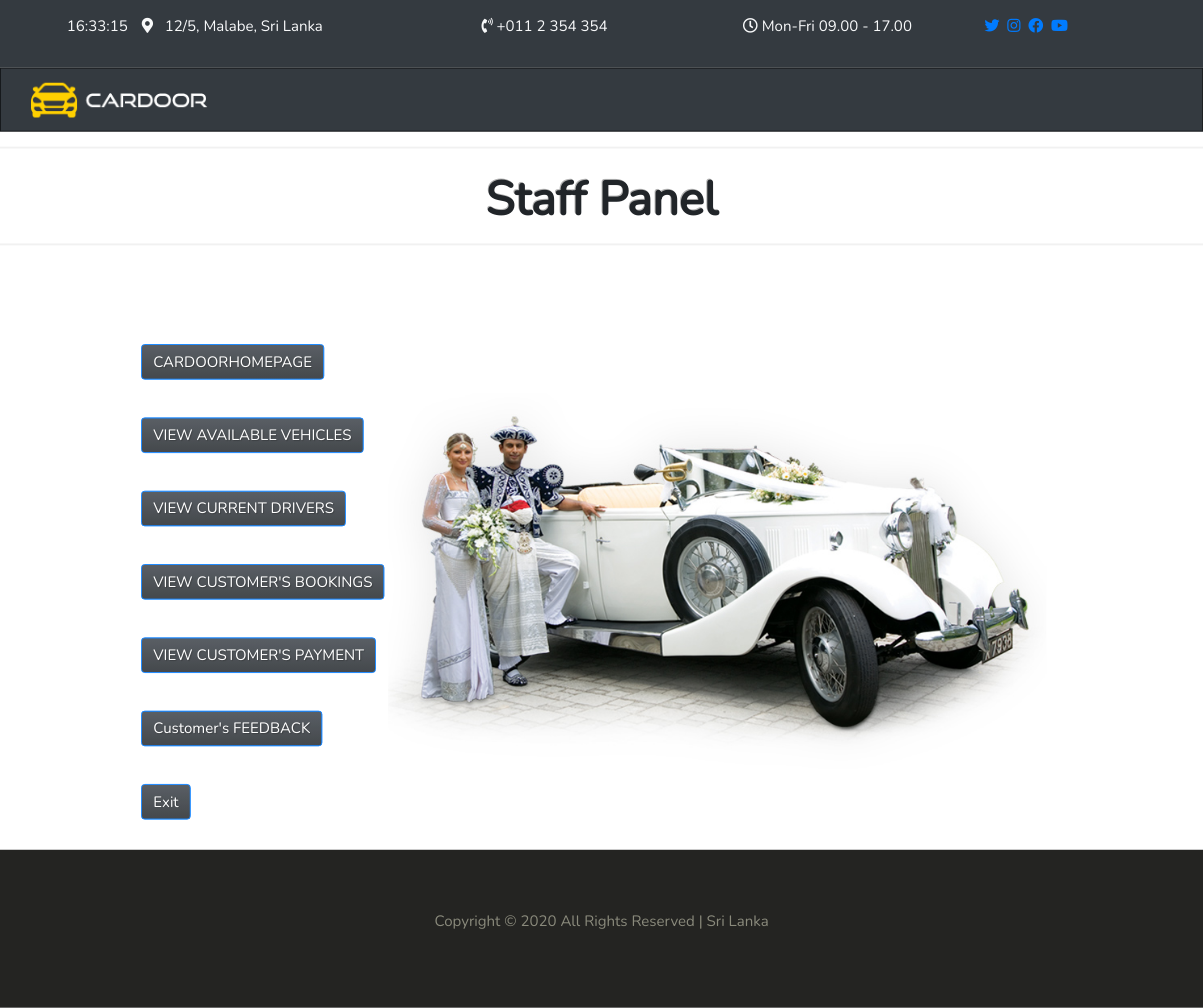
Repository: NipunLakshan99/Cardoor
Page: RentCar/WebContent/index.html
The author's editor kept a copy of each file at every save. The page is drawn from the files as they stood at one save, then again after the next save.
The browser window is 1280 px wide. The pictures show the whole page, at 94% of full size.
Some web libraries are served in a nearby version.

Above is the page before, as saved 2020-05-13 19:39:35.

### RentCar/WebContent/index.html
<!DOCTYPE html>
<html>
<head>
<meta charset="ISO-8859-1">
<meta http-equiv="Content-Type" content="text/html; charset=ISO-8859-1">
		<link rel="stylesheet" href="https://stackpath.bootstrapcdn.com/bootstrap/4.3.1/css/bootstrap.min.css" integrity="sha384-ggOyR0iXCbMQv3Xipma34MD+dH/1fQ784/j6cY/iJTQUOhcWr7x9JvoRxT2MZw1T" crossorigin="anonymous">
		<link rel="stylesheet" href="https://bootswatch.com/4/slate/bootstrap.min.css" >
        <link rel="stylesheet" href="https://stackpath.bootstrapcdn.com/bootstrap/4.3.1/css/bootstrap.min.css" integrity="sha384-ggOyR0iXCbMQv3Xipma34MD+dH/1fQ784/j6cY/iJTQUOhcWr7x9JvoRxT2MZw1T" crossorigin="anonymous">
        <link href="https://fonts.googleapis.com/css?family=Nunito" rel="stylesheet">
        <link rel="stylesheet" href="https://use.fontawesome.com/releases/v5.8.2/css/all.css" integrity="sha384-oS3vJWv+0UjzBfQzYUhtDYW+Pj2yciDJxpsK1OYPAYjqT085Qq/1cq5FLXAZQ7Ay" crossorigin="anonymous">
        <link rel="stylesheet" href="CSS/stylesheet.css">
        <link rel="shortcut icon" href="CSS/favicon.ico" type="image/x-icon" />

<title>Staff Home</title>
</head>
<style>
 body{
  font-family: 'Nunito';
 }
 </style>
<title>Insert title here</title>
<body onload="startTime()">
<!--- Clock Display ------>
        <script>
            function startTime() {
                var today = new Date();
                var h = today.getHours();
                var m = today.getMinutes();
                var s = today.getSeconds();
                m = checkTime(m);
                s = checkTime(s);
                document.getElementById('txt').innerHTML =
                        h + ":" + m + ":" + s;
                var t = setTimeout(startTime, 500);
            }
            function checkTime(i) {
                if (i < 10) {
                    i = "0" + i
                }
                ;  // add zero in front of numbers < 10
                return i;
            }
        </script>

        <!------------------------------->


        <div class="preloader bg-dark text-light" >
            <div class="preloader-spinner" >


                <div id="header-top" class="d-none d-xl-block">
                    <div class="container">
                        <div class="row">

                            <div class="loader-content">
                                <!--<img src="CSS/img/preloader.gif">-->
                                <p id="txt"></p>

                            </div>

                            <div class="col-lg-3 text-left ">
                                <i class="fas fa-map-marker-alt"></i> &nbsp; 12/5, Malabe, Sri Lanka
                            </div>&nbsp;&nbsp;&nbsp;&nbsp;

                            <div class="col-lg-3 text-center">
                                <i class="fas fa-phone-volume"></i> +011 2 354 354
                            </div>&nbsp;&nbsp;&nbsp;&nbsp;

                            <div class="col-lg-3 text-center">
                                <i class="far fa-clock"></i> Mon-Fri 09.00 - 17.00
                            </div>&nbsp;&nbsp;&nbsp;&nbsp;&nbsp;&nbsp;


                            <div class="header-social-icons text-right">
                                <a href="#"><i class="fab fa-twitter"></i></a>&nbsp;
                                <a href="#"><i class="fab fa-instagram"></i></a>&nbsp;
                                <a href="#"><i class="fab fa-facebook"></i></a>&nbsp;
                                <a href="#"><i class="fab fa-youtube"></i></a>&nbsp;
                            </div>
                        </div>
                    </div>
                </div>
            </div>
        </div>
	 <nav class="navbar navbar-expand-lg navbar-dark bg-dark">
	 <div class="col-lg-4">
                        <a href="index.html" class="logo">
                            <img src="CSS/img/logo.png" alt="JSOFT">
                        </a>
                    </div>
  		<div class="collapse navbar-collapse" id="navbarColor02">
    	<ul class="navbar-nav mr-auto">
        <li class="nav-item active">

  		</div>
		</nav>
        <!-- /.row -->
        <section>

            <hr>
            <h1><b>Staff Panel</b></h1>
            <hr>

	<h1 style="color: #ffffff; margin-left: 580px;"></h1><br/><br/><br/>



	 <div class="btn-group-vertical" data-toggle="buttons">
 		 <a href="Home.jsp"><button type="button" class="btn btn-primary">CARDOORHOMEPAGE</button></a><br/>
 		 <a href="viewvehicles.jsp"><button type="button" class="btn btn-primary">VIEW AVAILABLE VEHICLES</button></a><br/>
  		 <a href="viewdrivers.jsp"><button type="button" class="btn btn-primary">VIEW CURRENT DRIVERS</button></a><br/>
  		 <a href="viewbookings.jsp"><button type="button" class="btn btn-primary">VIEW CUSTOMER'S BOOKINGS</button></a><br/>
  		 <a href="viewbookings.jsp"><button type="button" class="btn btn-primary">VIEW CUSTOMER'S PAYMENT</button></a><br/>
 		 <a href="#"><button type="button" class="btn btn-primary">Customer's FEEDBACK</button></a><br/>
 		 <a href="Home.jsp"><button type="button" class="btn btn-primary">Exit</button></a>

	 </div>
	 <img src="CSS/img/vehicle/wedding.jpg" width="700" height="400" class="img"/>
	 <br/>
	 <br/>

 	<section id="adddriver" class="py-5" style=" background-color: #242422;">
		<div class="footer-bottom-area">
        	<div class="container">
           		 <div class="row">
               		 <div class="col-lg-12 text-center">
                    	<p style="color: #8a8a7c;">Copyright &copy; <script>document.write(new Date().getFullYear());</script> All Rights Reserved | Sri Lanka</p>
               		 </div>
            	 </div>
            </div>
        </div>


        </section>
</body>
</html>

### RentCar/WebContent/CSS/stylesheet.css
.btn-group-vertical{

  margin-left: 150px;
}

.align text-light{
	color:black;

}

.bg-light{
	border: 1px solid 	#000000;
    margin-bottom: 25px;
}

.btn-group-vertical input[type=button]{
	width: 100%;
	height: 30px;
 	position: relative;
 	margin-left: 150px;
	}

.adddriverform{
	margin-left: 150px;
}

.viewdrivers{
	margin-left: 150px;
}

.editdriverform{
	margin-left: 150px;
}




.loginform{
		width: 100%;
  		padding: 12px 20px;
  		margin: 8px 0;
  		display: inline-block;
  		border: 1px solid #cc;
  		background: #f1f1f1;
  		box-sizing: border-box;
}

.userimg{
	margin-left:1000px;
}

.adminlogin{
	width:50%;
	margin-left: 350px;
}

.feedbackform{
	margin-left: 150px;
}

#message {
  display:none;
  background: #f1f1f1;
  color: #000;
  position: relative;
  padding: 20px;
  margin-top: 10px;
}

#message p {
  padding: 10px 35px;
  font-size: 18px;
}


.wed img{
	position:absolute;
	left:700px;
	margin-left: 70px;
	top:395px;

}

.benz img{
	position:absolute;
	left:550px;
	margin-left: 70px;
	top:350px;

}


.loginbox{
    width: 320px;
    height: 420px;
    background: #000;
    color: #fff;
    top: 50%;
    left: 50%;
    position: absolute;
    transform: translate(-50%,-50%);
    box-sizing: border-box;
    padding: 70px 30px;
}

.avatar{
    width: 100px;
    height: 100px;
    border-radius: 50%;
    position: absolute;
    top: -50px;
    left: calc(50% - 50px);
}

.loginbox h1{
    margin: 0;
    padding: 0 0 20px;
    text-align: center;
    font-size: 22px;
}

.loginbox p{
    margin: 0;
    padding: 0;
    font-weight: bold;
}

.loginbox input{
    width: 100%;
    margin-bottom: 20px;
}

.loginbox input[type="text"], input[type="password"]
{
    border: none;
    border-bottom: 1px solid #fff;
    background: transparent;
    outline: none;
    height: 40px;
    color: #fff;
    font-size: 16px;
}

.loginbox input[type="password"]
{
	 border: none;
    border-bottom: 1px solid #fff;
    background: transparent;
    outline: none;
    height: 40px;
    color: #fff;
    font-size: 16px;
}
.loginbox input[type="submit"]
{
    border: none;
    outline: none;
    height: 40px;
    background: #fb2525;
    color: #fff;
    font-size: 18px;
    border-radius: 20px;
}
.loginbox input[type="submit"]:hover
{
    cursor: pointer;
    background: #ffc107;
    color: #000;
}
.loginbox a{
    text-decoration: none;
    font-size: 12px;
    line-height: 20px;
    color: darkgrey;
}

.loginbox a:hover
{
    color: #ffc107;
}

.footer {
  position: fixed;
  left: 0;
  bottom: 0;
  width: 100%;
   height: 10%;
  background-color: #242422;
  color: white;
  text-align: center;
}

h1{
	text-align: center;
    font-size: 50px;
}

* {box-sizing: border-box}
/* Full-width input fields */
  input[type=text], input[type=password] {
  width: 100%;
  padding: 15px;
  margin: 5px 0 22px 0;
  display: inline-block;
  border: none;
  background: #f1f1f1;
}

/* Add a background color when the inputs get focus */
input[type=text]:focus, input[type=password]:focus {
  background-color: #ddd;
  outline: none;
}

/* Set a style for all buttons */
 button {
  background-color: #4CAF50;
  color: white;
  padding: 14px 20px;
  margin: 8px 0;
  border: none;
  cursor: pointer;
  width: 100%;
  opacity: 0.9;
}

button:hover {
  opacity:1;
}

/* Extra styles for the cancel button */
.cancelbtn {
  padding: 14px 20px;
  background-color: #f44336;
}

/* Float cancel and signup buttons and add an equal width */
.cancelbtn, .signupbtn {
  float: left;
  width: 50%;
}

/* Add padding to container elements */
.container {
  padding: 16px;
}

/* The Modal (background) */
.modal {
  display: none; /* Hidden by default */
  position: fixed; /* Stay in place */
  z-index: 1; /* Sit on top */
  left: 0;
  top: 0;
  width: 100%; /* Full width */
  height: 100%; /* Full height */
  overflow: auto; /* Enable scroll if needed */
  background-color: #474e5d;
  padding-top: 50px;
}

/* Modal Content/Box */
.modal-content {
  background-color: #fefefe;
  margin: 5% auto 15% auto; /* 5% from the top, 15% from the bottom and centered */
  border: 1px solid #888;
  width: 80%; /* Could be more or less, depending on screen size */
}

/* Style the horizontal ruler */
hr {
  border: 1px solid #f1f1f1;
  margin-bottom: 25px;
}

/* The Close Button (x) */
.close {
  position: absolute;
  right: 35px;
  top: 15px;
  font-size: 40px;
  font-weight: bold;
  color: #f1f1f1;
}

.close:hover,
.close:focus {
  color: #f44336;
  cursor: pointer;
}

/* Clear floats */
.clearfix::after {
  content: "";
  clear: both;
  display: table;
}

/* Change styles for cancel button and signup button on extra small screens */
@media screen and (max-width: 300px) {
  .cancelbtn, .signupbtn {
    width: 100%;
  }
}

.btnbutton{
	background-color: #4CAF50;
  color: white;
  padding: 14px 20px;
  margin: 8px 0;
  border: none;
  cursor: pointer;
  width: 15%;
  opacity: 0.9;
}

After the next save:
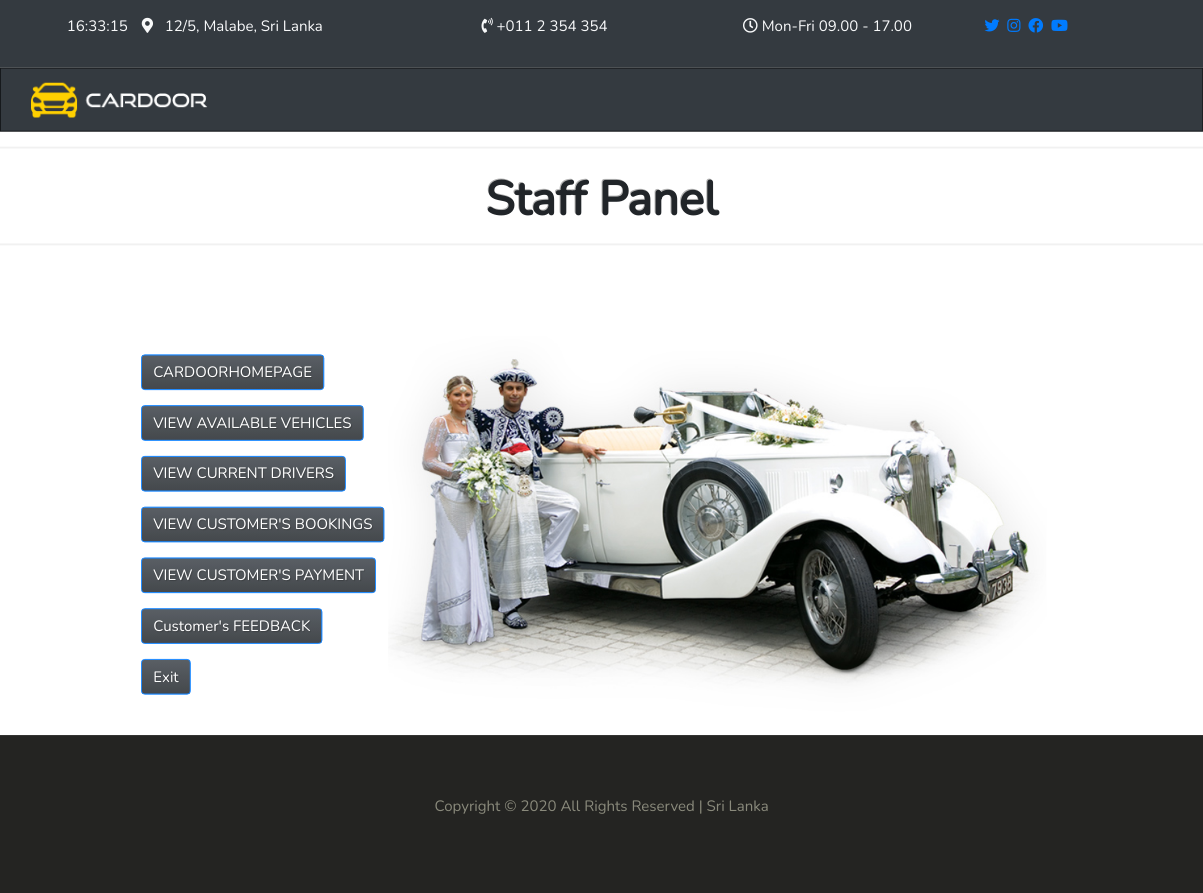
Saved 30 s later.
--- a/RentCar/WebContent/index.html
+++ b/RentCar/WebContent/index.html
@@ -107,12 +107,12 @@
 
 
 	 <div class="btn-group-vertical" data-toggle="buttons">
- 		 <a href="Home.jsp"><button type="button" class="btn btn-primary">CARDOORHOMEPAGE</button></a><br/>
- 		 <a href="viewvehicles.jsp"><button type="button" class="btn btn-primary">VIEW AVAILABLE VEHICLES</button></a><br/>
-  		 <a href="viewdrivers.jsp"><button type="button" class="btn btn-primary">VIEW CURRENT DRIVERS</button></a><br/>
-  		 <a href="viewbookings.jsp"><button type="button" class="btn btn-primary">VIEW CUSTOMER'S BOOKINGS</button></a><br/>
-  		 <a href="viewbookings.jsp"><button type="button" class="btn btn-primary">VIEW CUSTOMER'S PAYMENT</button></a><br/>
- 		 <a href="#"><button type="button" class="btn btn-primary">Customer's FEEDBACK</button></a><br/>
+ 		 <a href="Home.jsp"><button type="button" class="btn btn-primary">CARDOORHOMEPAGE</button></a>
+ 		 <a href="viewvehicles.jsp"><button type="button" class="btn btn-primary">VIEW AVAILABLE VEHICLES</button></a>
+  		 <a href="viewdrivers.jsp"><button type="button" class="btn btn-primary">VIEW CURRENT DRIVERS</button></a>
+  		 <a href="viewbookings.jsp"><button type="button" class="btn btn-primary">VIEW CUSTOMER'S BOOKINGS</button></a>
+  		 <a href="viewbookings.jsp"><button type="button" class="btn btn-primary">VIEW CUSTOMER'S PAYMENT</button></a>
+ 		 <a href="#"><button type="button" class="btn btn-primary">Customer's FEEDBACK</button></a>
  		 <a href="Home.jsp"><button type="button" class="btn btn-primary">Exit</button></a>
 
 	 </div>
